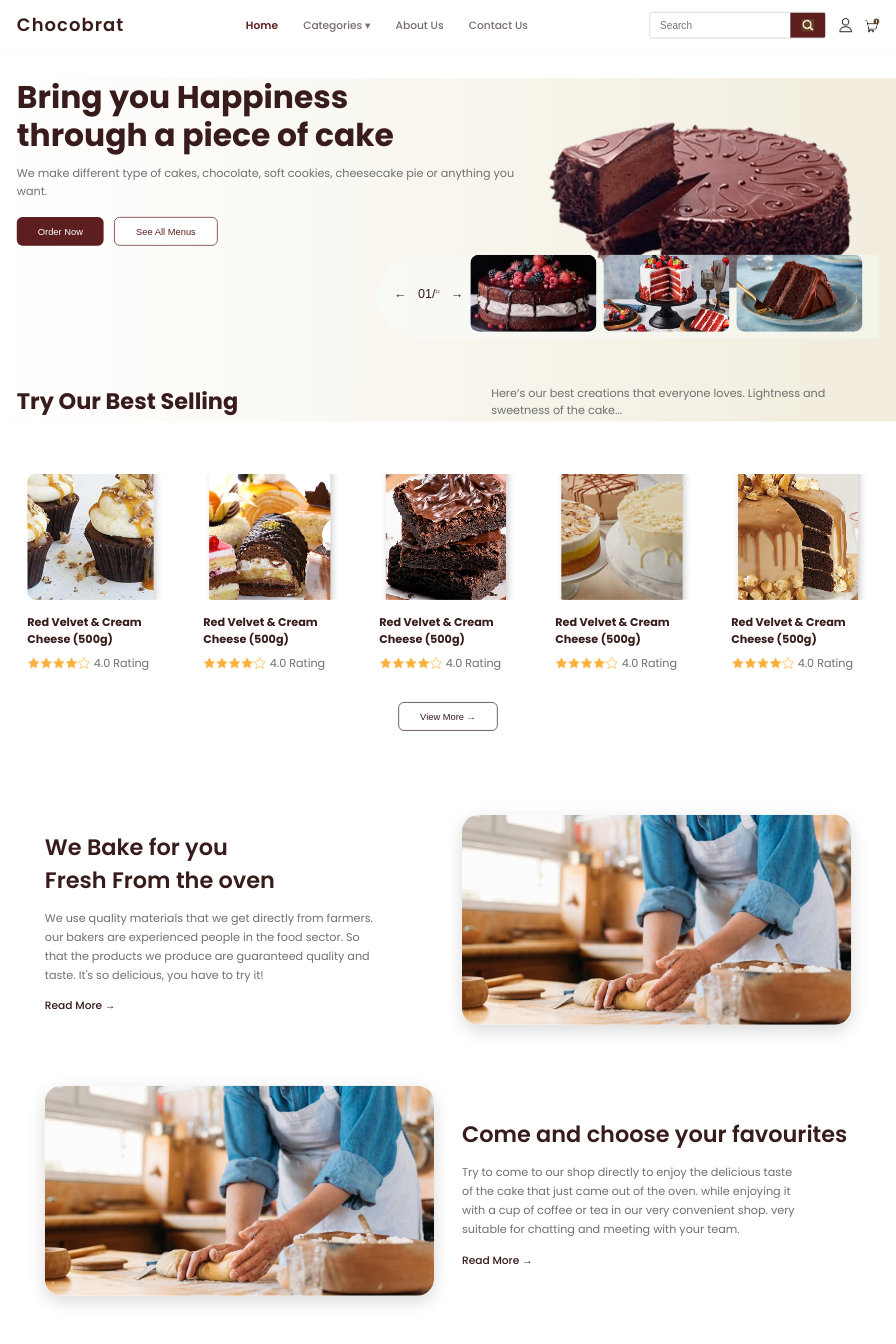
Repository: josegabrielzevallos/chocobrat-bakery-website
Page: index.html
The author's editor kept a copy of each file at every save. The page is drawn from the files as they stood at one save, then again after the next save.
The browser window is 1280 px wide. The pictures show the part of the page from y = 0 to 1920 px (the page is 3127 px tall before and 3151 px after), at 70% of full size.

Above is the page before, as saved 2025-11-20 20:19:59.

### index.html
<!DOCTYPE html>
<html lang="en">
<head>
    <meta charset="UTF-8" />
    <meta name="viewport" content="width=device-width, initial-scale=1.0" />
    <title>Chocobrat Bakery</title>

    <link href="https://fonts.googleapis.com/css2?family=Poppins:wght@300;400;500;600;700&family=Playfair+Display:wght@400;600;700;800;900&display=swap" rel="stylesheet">

    <link rel="stylesheet" href="styles.css" />
</head>
<body>

    <!-- NAVBAR -->
    <header>
  <div class="container">
    <nav class="navbar" aria-label="Primary navigation">
      <!-- Logo -->
      <div class="logo">Chocobrat</div>

      <!-- Nav links -->
      <ul class="nav-links">
        <li><a href="#" class="active">Home</a></li>
        <li><a href="#">Categories ▾</a></li>
        <li><a href="#">About Us</a></li>
        <li><a href="#">Contact Us</a></li>
      </ul>

      <!-- Search + icons -->
      <div class="nav-actions">
        <div class="search-wrapper">
          <input
            type="text"
            class="search-box"
            placeholder="Search"
            aria-label="Search"
          />
          <button class="search-btn" aria-label="Search">
            <img src="./assets/icons/ic-search.png" alt="Search icon" />
          </button>
        </div>

        <button class="icon-btn" aria-label="User account">
          <img src="./assets/icons/ic-user.png" alt="User icon" />
        </button>

        <button class="icon-btn" aria-label="Shopping cart">
          <img src="./assets/icons/ic-cart1.png" alt="Cart icon" />
        </button>
      </div>
    </nav>
  </div>
</header>


    <!-- HERO SECTION -->
    <section class="hero container">
        <div>
        <div class="hero-text">
            <div class="hero-img">
                <img src="./assets/images/b1-cake.png" alt="Cake">
            </div>
            <div class="carousel container">
                <div class="slider-controls">
                    <span class="arrow" id="prev">&larr;</span>
                    <span class="slide-text">01/<span class="upper-small">12</span></span>
                    <span class="arrow" id="next">&rarr;</span>
                </div>
                <img src="assets/images/b2-cake.jpeg" class="thumb" />
                <img src="assets/images/b3-cake-red.png" class="thumb" />
                <img src="assets/images/b4-cake.jpg" class="thumb" />

            </div>
                <h2>Bring you Happiness <br> through a piece of cake</h2>
                <p>We make different type of cakes, chocolate, soft cookies, cheesecake pie or anything you want.</p>

                <div class="hero-buttons">
                    <button class="btn primary">Order Now</button>
                    <button class="btn secondary">See All Menus</button>
                </div>
            </div>


        </div>
        <div class="hero-ba" >
            <!-- CAROUSEL STATIC -->


            <div class="title-row">
                <h2>Try Our Best Selling</h2>
                <div class="divider"></div>
                <p>Here’s our best creations that everyone loves. Lightness and sweetness of the cake...</p>
            </div>
        </div>
    </section>



    <!-- BEST SELLING SECTION -->
    <section class="best-selling container">


        <div class="product-grid">

            <!-- CARD 1 -->
            <article class="card">
                <img src="assets/images/b5-cakes.png" alt="">
                <h3>Red Velvet & Cream Cheese (500g)</h3>
                <div class="rating">
                    <img src="./assets/icons/ic-4of5stars.png" alt="4 of 5 stars">
                    <span>4.0 Rating</span>
                </div>

            </article>

            <!-- CARD 2 -->
            <article class="card">
                <img src="assets/images/b6-cakes.png" alt="">
                <h3>Red Velvet & Cream Cheese (500g)</h3>
                <div class="rating">
                    <img src="./assets/icons/ic-4of5stars.png" alt="4 of 5 stars">
                    <span>4.0 Rating</span>
                </div>
            </article>

            <!-- CARD 3 -->
            <article class="card">
                <img src="assets/images/b7-cakes.png" alt="">
                <h3>Red Velvet & Cream Cheese (500g)</h3>
                <div class="rating">
                    <img src="./assets/icons/ic-4of5stars.png" alt="4 of 5 stars">
                    <span>4.0 Rating</span>
                </div>
            </article>

            <!-- CARD 4 -->
            <article class="card">
                <img src="assets/images/b8-cakes.png" alt="">
                <h3>Red Velvet & Cream Cheese (500g)</h3>
                <div class="rating">
                    <img src="./assets/icons/ic-4of5stars.png" alt="4 of 5 stars">
                    <span>4.0 Rating</span>
                </div>
            </article>
              <!-- CARD 5 -->
            <article class="card">
                <img src="assets/images/b9-cakes.png" alt="">
                <h3>Red Velvet & Cream Cheese (500g)</h3>
                <div class="rating">
                    <img src="./assets/icons/ic-4of5stars.png" alt="4 of 5 stars">
                     <span class="rating-text">4.0 Rating</span>
                </div>
            </article>
        </div>

        <center>
            <button class="btn view-more">View More →</button>
        </center>
    </section>

        <!-- STORY / ABOUT BAKERY SECTION -->
    <section class="story container">
        <article class="story-card">

            <div class="story-text">
                <h2>We Bake for you<br>Fresh From the oven</h2>
                <p>
                    We use quality materials that we get directly from farmers.
                    <br>our bakers are experienced people in the food sector. So
                    <br>that the products we produce are guaranteed quality and
                    <br>taste. It's so delicious, you have to try it!
                </p>
                <a href="#" class="story-link">Read More →</a>
            </div>
            <div class="story-img">
                <img src="./assets/images/b9-women.jpeg" alt="Baker preparing pastry">
            </div>

        </article>


        <article class="story-card">

            <div class="story-img">
                <img src="./assets/images/b9-women.jpeg" alt="Baker rolling dough">
            </div>

            <div class="story-text">
                <h2>Come and choose your favourites</h2>
                <p>
                    Try to come to our shop directly to enjoy the delicious taste
                    <br>of the cake that just came out of the oven. while enjoying it
                    <br>with a cup of coffee or tea in our very convenient shop. very
                    <br>suitable for chatting and meeting with your team.
                </p>
                <a href="#" class="story-link">Read More →</a>
            </div>

        </article>

    </section>

    <!-- CAKE ORDER BANNER -->
    <section class="order-banner">
        <div class="order-banner-inner">
            <h2>For Cake Orders above 1 KG</h2>
            <p>
                Please visit our nearest store or call us on +91 00 00 00 00 00 (10 AM to 7 PM)
            <br>
                to place your orders.
            </p>
            <button class="btn primary order-btn">Contact Us Now</button>
        </div>
    </section>

    <!-- QUOTES SECTION -->
    <section class="quotes-section">
        <div class="container quotes-inner">
            <span class="quotes-label">QUOTES</span>

            <p class="quote-text">
                the eggless cakes here are really good. Had ordered a kit kat cake which was
                really good. Surely worth a try.
            </p>

            <div class="quote-author">
                <div class="quote-avatar">
                    <img src="./assets/images/b10-man.jpeg" alt="Darren Dunlap">
                </div>
                <h3>Darren Dunlap</h3>
                <p class="quote-role">CEO &amp; Founder at Flex.co</p>

                <div class="quote-dots">
                    <span class="quote-dot"></span>
                    <span class="quote-dot active"></span>
                    <span class="quote-dot"></span>
                </div>
            </div>
        </div>
    </section>
    <!-- FOOTER -->
    <footer class="site-footer">
        <div class="footer-top container">
            <div class="footer-logo">Chocobrat</div>

            <ul class="footer-nav">
                <li><a href="#">Home</a></li>
                <li><a href="#">Categories</a></li>
                <li><a href="#">About Us</a></li>
                <li><a href="#">Contact Us</a></li>
                <li><a href="#">Careers</a></li>
                <li><a href="#">Help</a></li>
                <li><a href="#">Privacy</a></li>
            </ul>
        </div>

        <hr class="footer-divider">

        <div class="footer-bottom container">
            <p class="footer-copy">© 2021 Chocobrat. All rights reserved.</p>

            <div class="footer-social">
                <a href="#"><img src="./assets/icons/ic-facebook.png"  alt="Facebook"></a>
                <a href="#"><img src="./assets/icons/ic-twitter.png"   alt="Twitter"></a>
                <a href="#"><img src="./assets/icons/ic-instagram.png" alt="Instagram"></a>
                <a href="#"><img src="./assets/icons/ic-github.png"    alt="GitHub"></a>
                <a href="#"><img src="./assets/icons/ic-linkedin.png"  alt="LinkedIn"></a>
            </div>
        </div>
    </footer>
</body>
</html>

### styles.css
/* ===== RESET ===== */
* {
    margin: 0;
    padding: 0;
    box-sizing: border-box;
}

body {
    font-family: "Poppins", sans-serif;
    background-color: #ffffff;
    background-color: #FFF;
    color: #381B1B;
}

.container {
    max-width: 1478px;
    margin: 0 auto;        /* centra TODAS las secciones */
    padding: 0 24px;        /* padding uniforme sin empujar a la izquierda */
}

/* ===== NAVBAR ===== */
header {
    background: #FFF;
    padding: 0;
    border-bottom: 1px solid rgba(0,0,0,0.03);
}

.navbar {
    display: flex;
    align-items: center;
    justify-content: space-between;
    padding: 16px 0;
}

.logo {
    font-size: 1.6rem;
    font-weight: 600;
    letter-spacing: 0.06em;
    color: #381B1B;
}

/* Links del menú */
.nav-links {
    display: flex;
    list-style: none;
    gap: 36px;
}

.nav-links a {
    text-decoration: none;
    font-size: 0.95rem;
    color: #7a6d6d;
    font-weight: 500;
}

.nav-links a:hover,
.nav-links .active {
    color: #5C1E1E;
    font-weight: 600;
}

/* Área derecha: buscador + iconos */
.nav-actions {
    display: flex;
    align-items: center;
    gap: 18px;
}

/* Contenedor del buscador (input + botón) */
.search-wrapper {
    display: flex;
    align-items: center;
    border: 1px solid #c9c4c4;
    border-radius: 4px;
    overflow: hidden;
}

.search-box {
    border: none;
    outline: none;
    padding: 9px 14px;
    width: 200px;
    font-size: 0.9rem;
}

.search-btn {
    background: #5C1E1E;
    border: none;
    padding: 9px 16px;
    cursor: pointer;
}

.search-btn img {
    width: 18px;
    height: 18px;
    display: block;
}

/* Botones de iconos (user, cart) */
.icon-btn {
    background: transparent;
    border: none;
    padding: 0;
    cursor: pointer;
}

.icon-btn img {
    width: 20px;
    height: 20px;
    display: block;
}


/* ===== HERO ===== */
.hero {
    /* display: flex; */
    display: block;
    align-items: center;
    justify-content: space-between;
    background: linear-gradient(to right, white, #f1ecdc);

    margin-top: 40px;
    background-color: #FFF8F2;
}

.hero-text {
    max-width: 100%;
}
.hero-back{
    /* float: right; */
    margin-top: 200px;
    margin-right: 50px;
}

.hero-text h2 {
    font-size: 2.8rem;
    line-height: 1.2;
    margin-bottom: 15px;
}

.hero-text p {
    font-size: 1rem;
    color: #6F6F6F;
    margin-bottom: 25px;
}

.hero-buttons {
    display: flex;
    gap: 15px;
}

.btn {
    padding: 12px 30px;
    font-weight: 500;
    border-radius: 8px;
    border: none;
    cursor: pointer;
}

.primary {
    background: #5C1E1E;
    color: white;
}

.secondary {
    background: white;
    border: 1px solid #5C1E1E;
    color: #5C1E1E;
}

.hero-img img {
    width: 480px;
    border-radius: 12px;
    float: right;
}

/* ===== CAROUSEL ===== */
.carousel {
    margin-top: -125px;
    display: flex;
    gap: 10px;
    clear: both;
    overflow-x: hidden;
    padding-bottom: 10px;
    float:right;
    background: #f6ffff59;
    border-top-left-radius: 64px;
    border-bottom-left-radius: 64px;

}

.upper-small {
    font-size: 0.30em;      /* fuente más chica */
    position: relative;
    top: -0.99em;           /* súbelo hacia arriba */
}



.slider-controls {
      display: flex;
      align-items: center;
      gap: 16px;           /* espacio entre flecha y texto */
      font-family: Arial, sans-serif;
      font-size: 18px;
    }

.divider {
  width: 1.5px;
  height: 53px; /* Ajusta el largo de la línea */
  background-color: #000000; /* Color suave como en tu imagen */
    background-color: #FFF8F2;
    border-radius: 16px;
}

.thumb {
    width: 180px;
    height: 110px;
    border-radius: 12px;
    object-fit: cover;
}

/* ===== BEST SELLING ===== */
.best-selling {
    margin-top: 60px;
}

.title-row {
    display: flex;
    justify-content: space-between;
    margin-bottom: 30px;
    clear: both;
    padding-top: 60px;
}

.title-row h2 {
    font-size: 2rem;
    color: #381B1B;
}

.title-row p {
    max-width: 45%;
    color: #6F6F6F;
}

/* ===== PRODUCT GRID ===== */
.product-grid {
    display: grid;
    grid-template-columns: repeat(5, 1fr);
    gap: 25px;
    margin-top: 30px;
}

.card {
    background: #fff;
    padding: 15px;
}

.card img {
    width: 100%;
    height: 180px;
    border-radius: 12px;
    object-fit: cover;
}

.card h3 {
    margin: 12px 0 5px;
    font-size: 1rem;
}

.rating {
    display: flex;
    align-items: center;
}

.rating img {
    width: 90px;
    height: auto;
}

.rating span {
    color: #6F6F6F;
    margin-left: 5px;
}

.view-more {
    margin-top: 25px;
    background: white;
    border: 1px solid #381B1B;
    color: #381B1B;
}

/* ===== STORY / ABOUT BAKERY SECTION ===== */
.story {
    margin-top: 80px;
    display: flex;
    flex-direction: column;
    gap: 6  0px;
}

.story-card {
    display: flex;
    align-items: center;
    justify-content: space-between;   /* nuevo */
    gap: 40px;
    padding: 40px;
}

.story-card-reverse {
    flex-direction: row-reverse;
}

.story-text {
    flex: 1;        /* 50% del espacio */
}

.story-text h3 {
    font-size: 1rem;
    font-weight: 500;
    color: #A35A4A;
    margin-bottom: 4px;
}

.story-text h2 {
    font-size: 2rem;
    font-weight: 600;
    margin-bottom: 16px;
    color: #381B1B;
}

.story-text p {
    color: #6F6F6F;
    line-height: 1.7;
    margin-bottom: 18px;
}

.story-link {
    text-decoration: none;
    font-weight: 500;
    color: #381B1B;
    font-size: 0.95rem;
}

.story-img {
    flex: 1;        /* 50% del espacio */
}

.story-img img {
    width: 100%;
    height: 100%;
    max-height: 300px;     /* evita que se extienda demasiado */
    object-fit: cover;
    border-radius: 24px;
    box-shadow: 0 8px 25px rgba(0, 0, 0, 0.15);
}

/* ===== ORDER BANNER ===== */
.order-banner {
    background-color: #FBE8C4;   /* banda beige */
    padding: 60px 20px;
    margin-top: 60px;
    max-width: 1478px;   /* IGUAL que el container */
    margin-left: auto;
    margin-right: auto;
}

.order-banner-inner {
    max-width:  1478px;
    margin: 0 auto;
    text-align: center;
}

.order-banner h2 {
    font-size: 2rem;
    font-weight: 600;
    color: #5C1E1E;             /* marrón del botón/nav */
    margin-bottom: 16px;
}

.order-banner p {
    color: #0f0101;
    line-height: 1.6;
    margin-bottom: 24px;
}

.order-btn {
    /* ya hereda .btn y .primary, solo ajustamos un poco el tamaño */
    padding: 10px 28px;
    border-radius: 8px;
}

/* ===== QUOTES / TESTIMONIAL SECTION ===== */
.quotes-section {
    position: relative;
    padding: 80px 20px 100px;
    background-color: #FFFFFF;
    /* Dimensiones igual que el container */
    max-width: 1478px;
    margin-left: auto;
    margin-right: auto;

    /* cuadrícula punteada */
    background-image:
        repeating-linear-gradient(
            to right,
            rgba(0,0,0,0.08) 0px,
            rgba(0,0,0,0.08) 1px,
            transparent 1px,
            transparent 70px
        ),
        repeating-linear-gradient(
            to bottom,
            rgba(0,0,0,0.08) 0px,
            rgba(0,0,0,0.08) 1px,
            transparent 1px,
            transparent 70px
        );

    background-size: 19.5px 19.5px;
}

.quotes-inner {
    text-align: center;
}

.quotes-label {
    display: inline-block;
    padding: 6px 14px;
    font-size: 0.75rem;
    letter-spacing: 0.08em;
    text-transform: uppercase;
    border-radius: 999px;
    background-color: #FBE8C4;
    color: #5C1E1E;
    font-weight: 500;
}

/* COMILLAS GRANDES DE FONDO */
.quote-text {
    position: relative;
    max-width: 780px;
    margin: 30px auto 40px;
    font-size: 1.8rem;
    line-height: 1.5;
    font-weight: 600;
    color: #381B1B;
    z-index: 2;
}

.quote-text::before,
.quote-text::after {
    font-family: 'Playfair Display', serif;
    position: absolute;
    font-size: 150px;
    font-weight: 950;
    pointer-events: none;
    z-index: 0;

    /* degradado real */
    background: linear-gradient(
        to bottom,
        #e7cda4 0%,
        #eacfa3 45%,
        rgba(255,255,255,0.8) 80%,
        rgba(255,255,255,1) 100%
    );
    -webkit-background-clip: text;
    color: transparent;

    opacity: 0.9;  /* alta para que se note la panza blanca */
}


.quote-text::before {
    content: "“";
    left: -40px;
    top: -75px;
}

.quote-text::after {
    content: "”";
    right: -55px;
    bottom: -75px;
}


.quote-author {
    display: flex;
    flex-direction: column;
    align-items: center;
    gap: 6px;
}

.quote-avatar img {
    width: 80px;
    height: 80px;
    border-radius: 50%;
    object-fit: cover;
    /*box-shadow: 0 8px 25px rgba(0, 0, 0, 0.15);*/
}

.quote-author h3 {
    margin-top: 10px;
    font-size: 1rem;
    font-weight: 600;
    color: #381B1B;
}

.quote-role {
    font-size: 0.85rem;
    color: #6F6F6F;
}

/* tres puntitos inferiores */
.quote-dots {
    margin-top: 14px;
    display: flex;
    gap: 8px;
    justify-content: center;
}

.quote-dot {
    width: 8px;
    height: 8px;
    border-radius: 50%;
    background-color: #D8C1A0;
}

.quote-dot.active {
    width: 8px;
    height: 8px;
    background-color: #5C1E1E;
}

/* OVAL TRANSPARENTE EN EL CENTRO DE LA SECCION */
.quotes-section {
    position: relative;
    padding: 120px 0 140px;

    /* cuadrícula que ya tenés */
    background-color: #FFFFFF;
    background-image:
        repeating-linear-gradient(
            to right,
            rgba(0,0,0,0.08) 0px,
            rgba(0,0,0,0.08) 1px,
            transparent 1px,
            transparent 42px
        ),
        repeating-linear-gradient(
            to bottom,
            rgba(0,0,0,0.08) 0px,
            rgba(0,0,0,0.08) 1px,
            transparent 1px,
            transparent 42px
        );
    background-size: 42px 42px;
}

/* Circulo con interior transparente */
.quotes-section::before {
    content: "";
    position: absolute;
    inset: 0;

    background: white;

    /* zona central recortada (transparente) */
    mask-image: radial-gradient(
        ellipse 95% 85% at center,   /* ancho y alto equilibrados */
        transparent 62%,             /* zona visible moderada */
        black 63%
    );

    -webkit-mask-image: radial-gradient(
        ellipse 65% 65% at center,
        transparent 62%,
        black 63%
    );

    pointer-events: none;
    z-index: 2; /* Cubre todo excepto el centro */
}

/* El contenido debe quedar encima del recorte */
.quotes-inner {
    position: relative;
    z-index: 3;
}



/* ===== FOOTER ===== */
.site-footer {
    background-color: #FBE8C4;
    font-family: "Poppins", sans-serif; /* misma fuente de la maqueta */
    color: #5C1E1E;
    margin-top: 60px;
    padding: 24px 0 40px;
    font-size: 0.85rem;
    /* Dimensiones igual que el container */
    max-width: 1478px;
    margin-left: auto;
    margin-right: auto;
}

.footer-top {
    display: flex;
    align-items: center;
    justify-content: space-between;
    padding-bottom: 12px;
}

.footer-logo {
    font-size: 1.25rem;
    font-weight: 600;
    letter-spacing: 0.12em;   /* efecto similar al de la imagen */
}

.footer-nav {
    list-style: none;
    display: flex;
    gap: 32px;
}

.footer-nav a {
    text-decoration: none;
    color: #5C1E1E;
    font-weight: 500;
    font-size: 0.9rem;
}

.footer-nav a:hover {
    opacity: 0.8;
}

.footer-divider {
    border: 0;
    border-top: 1px solid rgba(0,0,0,0.06);
    margin: 0;
}

.footer-bottom {
    display: flex;
    align-items: center;
    justify-content: space-between;
    padding-top: 16px;
}

.footer-copy {
    color: #5C1E1E;
}

.footer-social {
    display: flex;
    align-items: center;
    gap: 18px;
}

.footer-social img {
    width: 18px;
    height: 18px;
    display: block;
}

/* Footer responsive */
@media (max-width: 768px) {
    .footer-top,
    .footer-bottom {
        flex-direction: column;
        gap: 12px;
        text-align: center;
    }

    .footer-nav {
        flex-wrap: wrap;
        justify-content: center;
    }
}

After the next save:
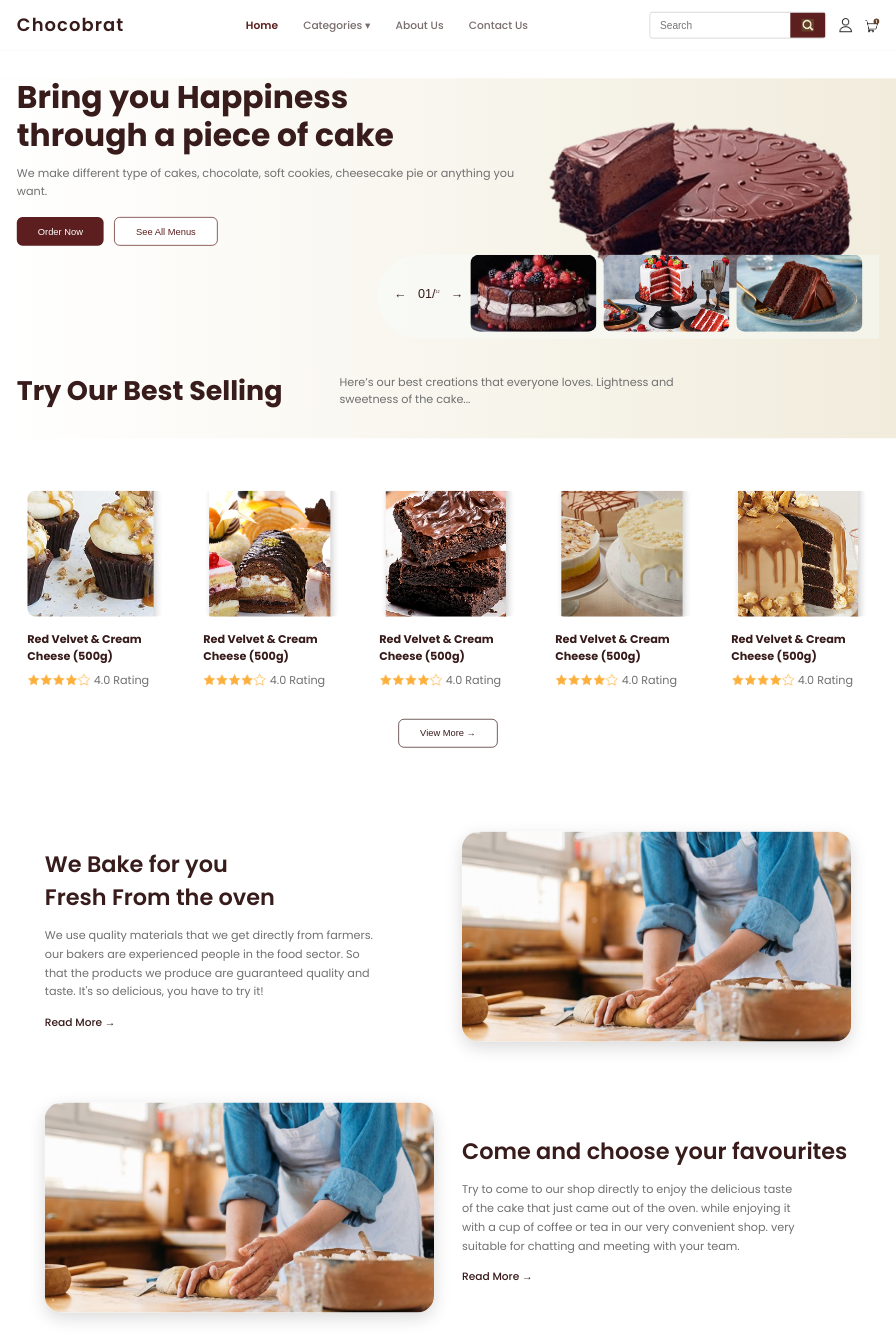
Saved 5 min 35 s later.
--- a/styles.css
+++ b/styles.css
@@ -227,15 +227,19 @@ header {
 
 .title-row {
     display: flex;
-    justify-content: space-between;
+    align-items: center;         /* centra verticalmente título y texto */
+    justify-content: flex-start; /* los dos bloques van seguidos */
+    gap: 40px;                   /* espacio entre título y texto */
     margin-bottom: 30px;
     clear: both;
-    padding-top: 60px;
-}
+    padding: 40px 0;             /* espacio arriba y abajo */
+}
+
 
 .title-row h2 {
-    font-size: 2rem;
-    color: #381B1B;
+    font-size: 2.4rem;
+    color: #381B1B;
+    flex-shrink: 0;
 }
 
 .title-row p {
